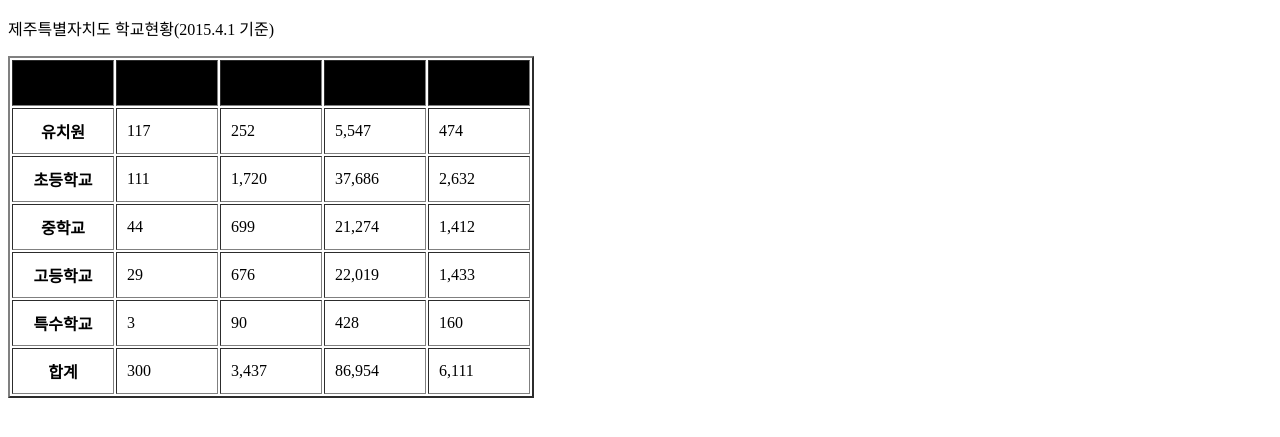
Repository: seulhwangbo/SeulJSP
Page: jspSrc17/webStandard01/src/main/webapp/02/table06.html
The author's editor kept a copy of each file at every save. The page is drawn from the files as they stood at one save, then again after the next save.
The browser window is 1280 px wide. The pictures show the whole page.

Above is the page before, as saved 2024-06-13 06:48:07.

### jspSrc17/webStandard01/src/main/webapp/02/table06.html
<!DOCTYPE html>
<html>
<head>
<meta charset="UTF-8">
<style type="text/css">
td, th {
	padding: 10px;
	width: 80px;
}

td {
	text-decoration: strong;
	padding: 10px;
}

thead {
	background-color: black;
}
</style>
<title>Insert title here</title>
</head>
<body>
	<caption>
		<p>제주특별자치도 학교현황(2015.4.1 기준)</p>
	</caption>
	<table border="2">
		<thead>
			<tr>
				<th>구분</th>
				<th>학교수</th>
				<th>학급수</th>
				<th>학생수</th>
				<th>교원수</th>
			</tr>
		</thead>
		<tr>
			<th>유치원</th>
			<td>117</td>
			<td>252</td>
			<td>5,547</td>
			<td>474</td>
		</tr>
		<tr>
			<th>초등학교</th>
			<td>111</td>
			<td>1,720</td>
			<td>37,686</td>
			<td>2,632</td>
		</tr>
		<tr>
			<th>중학교</th>
			<td>44</td>
			<td>699</td>
			<td>21,274</td>
			<td>1,412</td>
		</tr>
		<tr>
			<th>고등학교</th>
			<td>29</td>
			<td>676</td>
			<td>22,019</td>
			<td>1,433</td>
		</tr>
		<tr>
			<th>특수학교</th>
			<td>3</td>
			<td>90</td>
			<td>428</td>
			<td>160</td>
		</tr>
		<tr>
			<th>합계</th>
			<td>300</td>
			<td>3,437</td>
			<td>86,954</td>
			<td>6,111</td>
		</tr>
	</table>
</body>
</html>

After the next save:
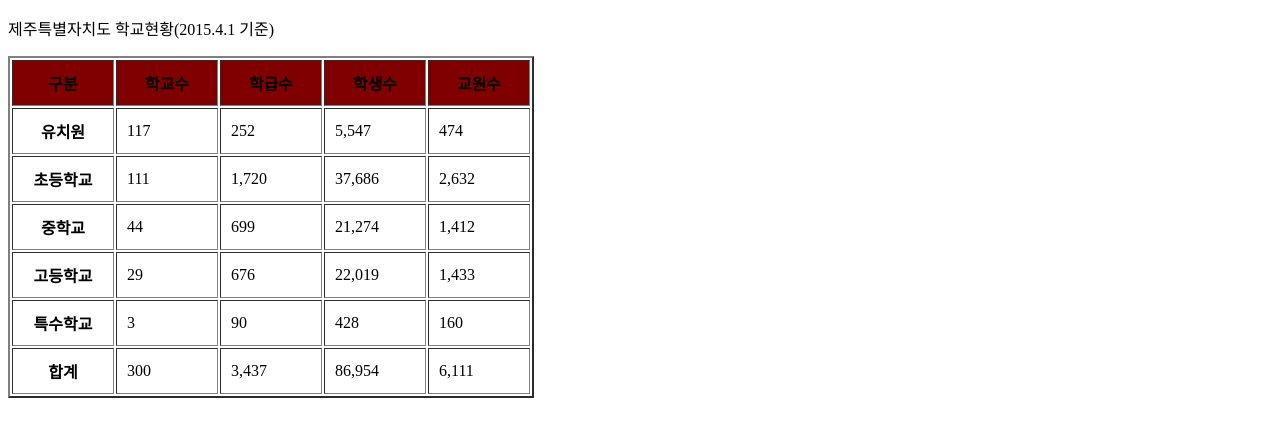
Saved 19 s later.
--- a/jspSrc17/webStandard01/src/main/webapp/02/table06.html
+++ b/jspSrc17/webStandard01/src/main/webapp/02/table06.html
@@ -14,7 +14,7 @@ td {
 }
 
 thead {
-	background-color: black;
+	background-color: maroon;
 }
 </style>
 <title>Insert title here</title>
